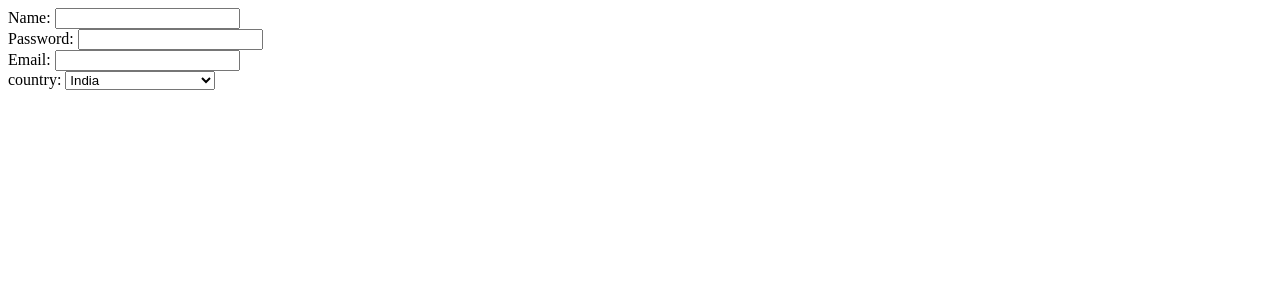
Repository: ssaxena16/SpecialProjects
Page: Advanced_java/CRUD_Servlet/WebContent/index.html
The author's editor kept a copy of each file at every save. The page is drawn from the files as they stood at one save, then again after the next save.
The browser window is 1280 px wide. The pictures show the whole page.

Above is the page before, as saved 2018-08-07 16:55:49.

After the next save:
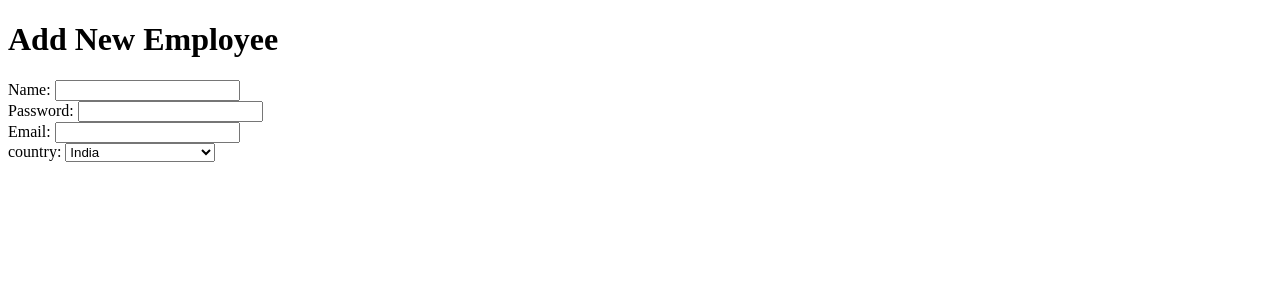
Saved 47 s later.
--- a/Advanced_java/CRUD_Servlet/WebContent/index.html
+++ b/Advanced_java/CRUD_Servlet/WebContent/index.html
@@ -5,6 +5,7 @@
 <title>Insert title here</title>
 </head>
 <body>
+<h1>Add New Employee </h1>
 <form action="add-employee" method = "post">
 Name: <input type = "text" name = "employeeName" ><br>
 Password: <input type = "text" name = "employeePassword" ><br>
